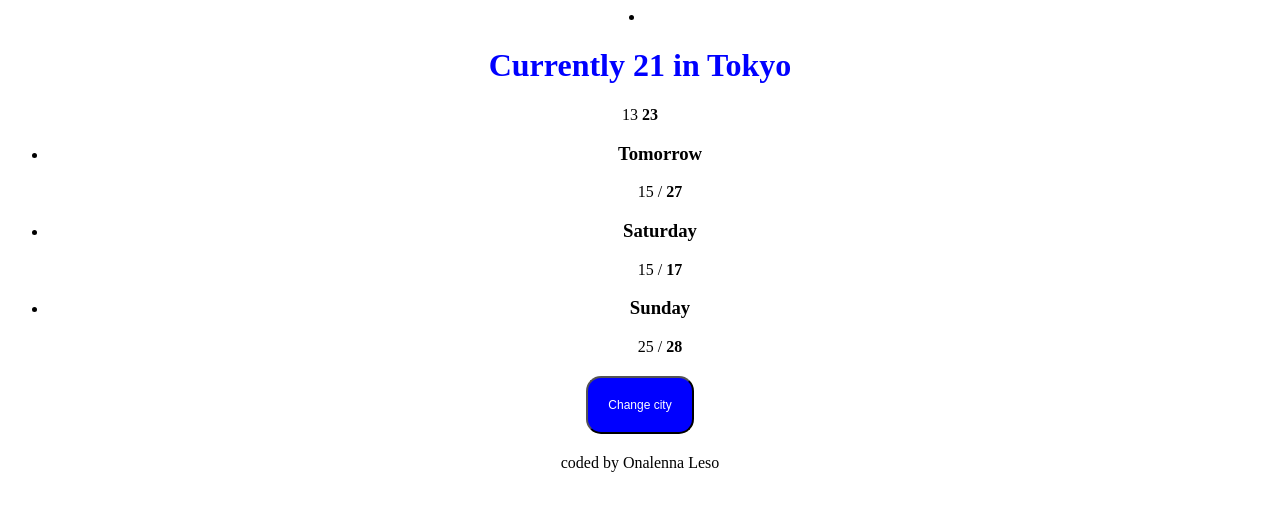
Repository: onalennaleso/empty
Page: homework w1.html
The author's editor kept a copy of each file at every save. The page is drawn from the files as they stood at one save, then again after the next save.
The browser window is 1280 px wide. The pictures show the whole page.

Above is the page before, as saved 2024-02-02 00:20:52.

After the next save:
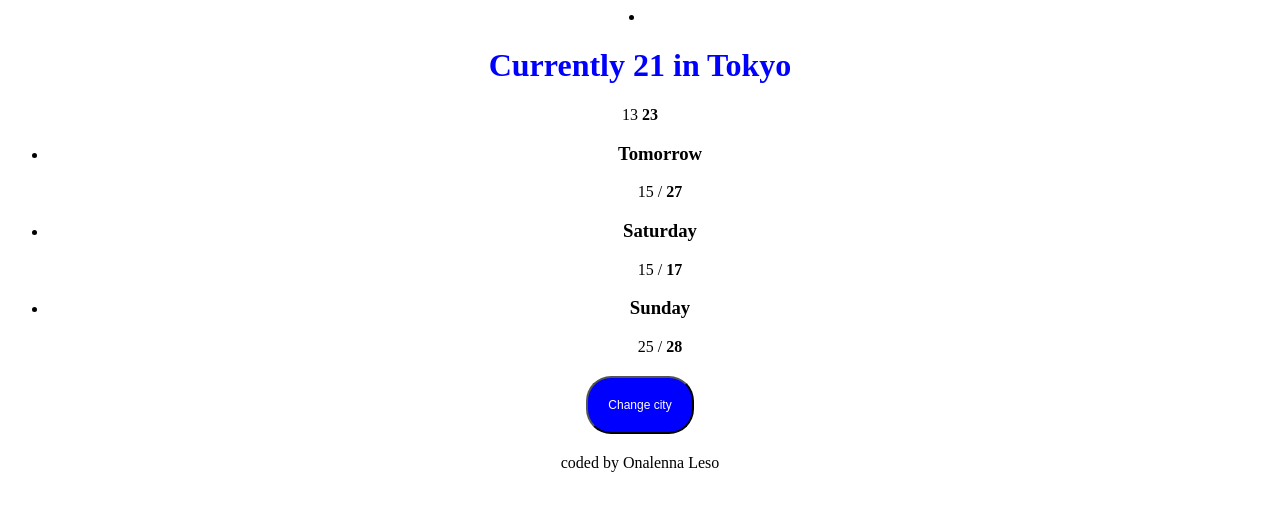
Saved 17 s later.
--- a/homework w1.html
+++ b/homework w1.html
@@ -36,7 +36,7 @@
         color: white;
         background: blue;
         text-align: center;
-        border-radius: 15px;
+        border-radius: 25px;
         transition: all 200ms ease-in-out;
     }
 
